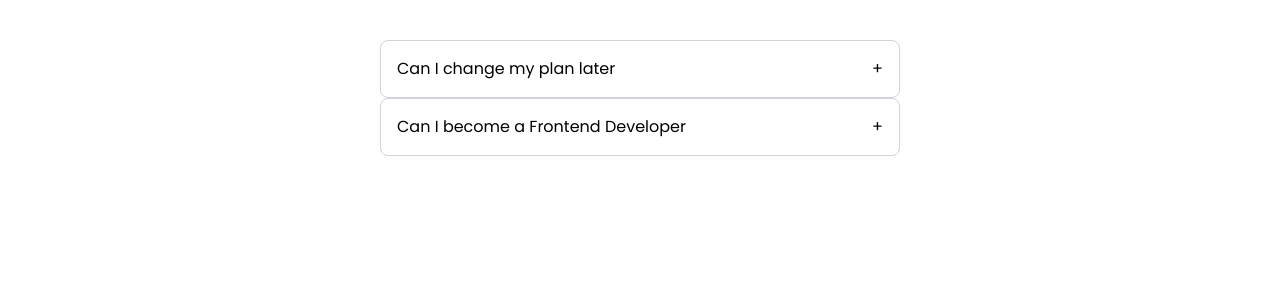
Repository: ThanhPhongsof/React-Course
Page: /
The author's editor kept a copy of each file at every save. The page is drawn from the files as they stood at one save, then again after the next save.
The browser window is 1280 px wide. The pictures show the whole page.
The project was rebuilt for these pictures with package versions that can differ from the ones it lists, and the page was loaded fresh each time. Also part of the build but not shown: src/components/advanced-react/react-composition/Edittable.js.

Above is the page before, as saved 2022-04-24 12:06:45.

After the next save:
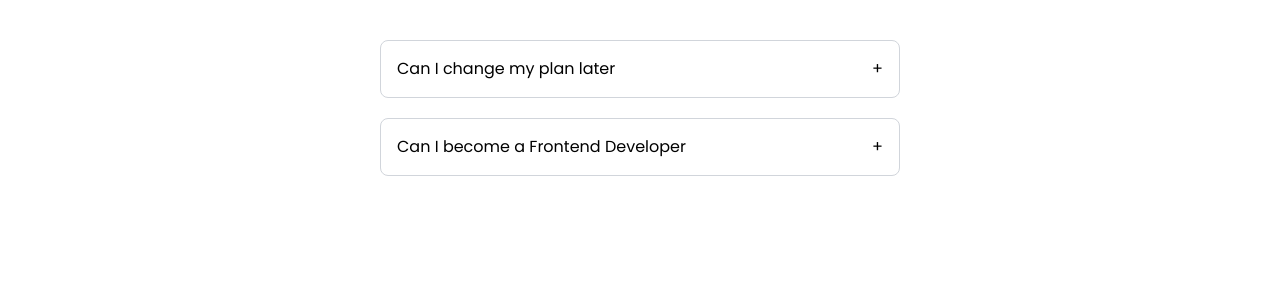
Saved 22 s later.
--- a/src/components/advanced-react/react-composition/Accordion.js
+++ b/src/components/advanced-react/react-composition/Accordion.js
@@ -6,7 +6,7 @@ import useToogle from "./useToggle";
 const Accordion = ({ header, children }) => {
   const { value: show, handleToggle: handleToggleShow } = useToogle();
   return (
-    <div>
+    <div className="mb-5">
       <AccordionHeader show={show} handleToggleShow={handleToggleShow}>
         {header}
       </AccordionHeader>
